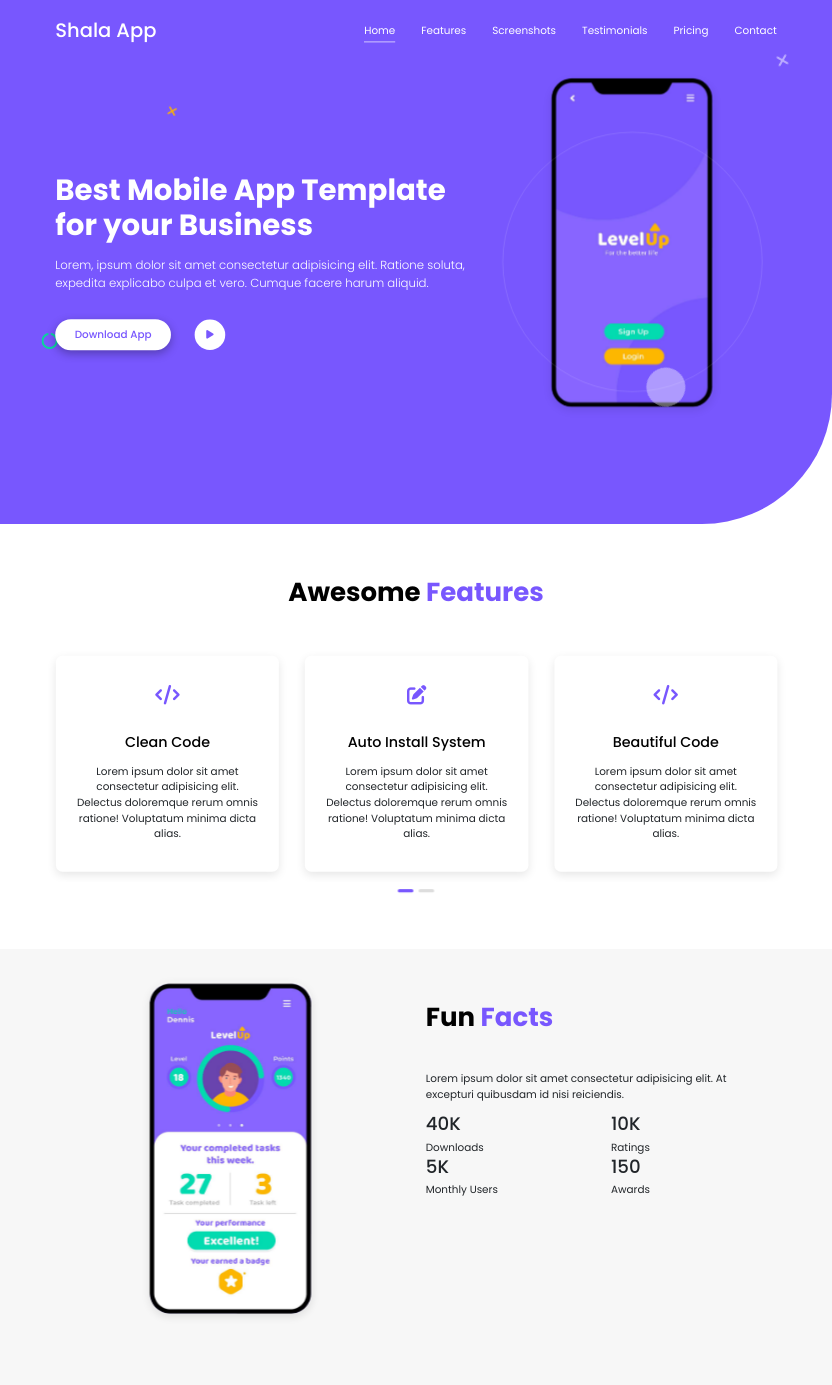
Repository: Mohamed-Hema/Shala-App
Page: index.html
The author's editor kept a copy of each file at every save. The page is drawn from the files as they stood at one save, then again after the next save.
The browser window is 1280 px wide. The pictures show the whole page, at 65% of full size.
Some web libraries are served in a nearby version.

Above is the page before, as saved 2021-02-19 16:58:24.

### index.html
<!DOCTYPE html>
<html lang="zxx">
<head>
  <title>Shala - App Landing Page</title>
  <meta charset="utf-8">
  <meta name="viewport" content="width=device-width, initial-scale=1">
  <!-- owl carousel css -->
  <link rel="stylesheet" href="css/owl.carousel.min.css">
  <!-- font awesome icons -->
  <script src="https://kit.fontawesome.com/794108ad0e.js" crossorigin="anonymous"></script>
  <!-- bootstrap css -->
  <link rel="stylesheet" href="css/bootstrap.min.css">
  <!-- main css -->
  <link rel="stylesheet" href="css/style.css">
</head>
<body>

  <!-- Start NavBar -->
  <nav class="navbar navbar-expand-md fixed-top">
    <div class="container">
      <!-- Brand -->
      <a class="navbar-brand" href="#">Shala App</a>

      <!-- Toggler/collapsibe Button -->
      <button class="navbar-toggler" type="button" data-toggle="collapse" data-target="#collapsibleNavbar">
        <span class="navbar-toggler-icon"></span>
      </button>

      <!-- Navbar links -->
      <div class="collapse navbar-collapse" id="collapsibleNavbar">
        <ul class="navbar-nav ml-auto">
          <li class="nav-item">
            <a class="nav-link active" href="#">Home</a>
          </li>
          <li class="nav-item">
            <a class="nav-link" href="#">Features</a>
          </li>
          <li class="nav-item">
            <a class="nav-link" href="#">Screenshots</a>
          </li>
          <li class="nav-item">
            <a class="nav-link" href="#">Testimonials</a>
          </li>
          <li class="nav-item">
            <a class="nav-link" href="#">Pricing</a>
          </li>
          <li class="nav-item">
            <a class="nav-link" href="#">Contact</a>
          </li>
        </ul>
      </div>
    </div>
  </nav>

  <!-- End NavBar -->
  <!-- Start Home Section -->
  <section class="home d-flex align-items-center">
    <div class="effect-wrap">
      <i class="fas fa-plus effect effect-1"></i>
      <i class="fas fa-plus effect effect-2"></i>
      <i class="fas fa-circle-notch effect effect-3"></i>
    </div>
    <div class="container">
      <div class="row align-items-center">
        <div class="col-md-7">
          <div class="home-text">
            <h1>Best Mobile App Template for your Business</h1>
            <p>Lorem, ipsum dolor sit amet consectetur adipisicing elit. Ratione soluta, expedita explicabo culpa et vero. Cumque facere harum aliquid.</p>
            <div class="home-btn">
              <a href="#" class="btn btn-1">Download App</a>
              <button type="button" class="btn btn-1 video-play-btn">
                <i class="fas fa-play"></i>
              </button>
            </div>
          </div>
        </div>
        <div class="col-md-5 text-center">
          <div class="home-img">
            <div class="circle"></div>
            <img src="img/app-screenshots/1.png" alt="First App Screen">
          </div>
        </div>
      </div>
    </div>
  </section>
  <!-- End Home Section -->
  <!-- Start Video PopUp -->
  <div class="video-popup">
    <div class="video-popup-inner">
      <i class="fas fa-times video-popup-close"></i>
      <div class="iframe-box">
        <iframe id="player-1" src="https://www.youtube.com/embed/o1eY1MPcRQs" allow="accelerometer; autoplay; clipboard-write; encrypted-media; gyroscope; picture-in-picture" allowfullscreen></iframe>
      </div>
    </div>
  </div>
  <!-- End Video PopUP -->
  <!-- Start Features Section -->
  <section class="features section-padding">
    <div class="container">
      <div class="row justify-content-center">
        <div class="col-lg-8">
          <div class="section-title">
            <h2>Awesome <span>Features</span></h2>
          </div>
        </div>
      </div>
      <div class="row">
        <div class="owl-carousel features-carousel">
          <div class="feature-item">
            <div class="icon"><i class="fas fa-code"></i></div>
            <h3>Clean Code</h3>
            <p>Lorem ipsum dolor sit amet consectetur adipisicing elit. Delectus doloremque rerum omnis ratione! Voluptatum minima dicta alias.</p>
          </div>
          <div class="feature-item">
            <div class="icon"><i class="fas fa-edit"></i></div>
            <h3>Auto Install System</h3>
            <p>Lorem ipsum dolor sit amet consectetur adipisicing elit. Delectus doloremque rerum omnis ratione! Voluptatum minima dicta alias.</p>
          </div>
          <div class="feature-item">
            <div class="icon"><i class="fas fa-code"></i></div>
            <h3>Beautiful Code</h3>
            <p>Lorem ipsum dolor sit amet consectetur adipisicing elit. Delectus doloremque rerum omnis ratione! Voluptatum minima dicta alias.</p>
          </div>
          <div class="feature-item">
            <div class="icon"><i class="fas fa-check"></i></div>
            <h3>Fast Load App</h3>
            <p>Lorem ipsum dolor sit amet consectetur adipisicing elit. Delectus doloremque rerum omnis ratione! Voluptatum minima dicta alias.</p>
          </div>
          <div class="feature-item">
            <div class="icon"><i class="fas fa-desktop"></i></div>
            <h3>Responsive Design</h3>
            <p>Lorem ipsum dolor sit amet consectetur adipisicing elit. Delectus doloremque rerum omnis ratione! Voluptatum minima dicta alias.</p>
          </div>

        </div>
      </div>
    </div>
  </section>

  <!-- End Features Section -->
  <!-- Start Fun Facts Section -->
  <section class="fun-facts section-padding">
    <div class="container">
      <div class="row">
        <div class="col-lg-6 col-md-5 d-flex align-items-center justify-content-center">
          <div class="fun-facts-img">
            <img src="img/app-screenshots/2.png" alt="Fun Facts">
          </div>
        </div>
        <div class="col-lg-6 col-md-7">
          <div class="section-title">
            <h2>Fun <span>Facts</span></h2>
          </div>
          <div class="fun-facts-text">
            <p>Lorem ipsum dolor sit amet consectetur adipisicing elit. At excepturi quibusdam id nisi reiciendis.</p>
            <div class="row">
              <div class="col-sm-6">
                <div class="fun-fact-item style-1">
                  <h3>40K</h3>
                  <span>Downloads</span>
                </div>
              </div>
              <div class="col-sm-6">
                <div class="fun-fact-item style-1">
                  <h3>10K</h3>
                  <span>Ratings</span>
                </div>
              </div>
              <div class="col-sm-6">
                <div class="fun-fact-item style-1">
                  <h3>5K</h3>
                  <span>Monthly Users</span>
                </div>
              </div>
              <div class="col-sm-6">
                <div class="fun-fact-item style-1">
                  <h3>150</h3>
                  <span>Awards</span>
                </div>
              </div>
            </div>
            </div>
          </div>
        </div>
      </div>
    </div>
  </section>

  <!-- End Fun Facts Section -->

<!-- jquery js -->
<script src="js/jquery.min.js"></script>
<!-- popper js -->
<script src="js/popper.min.js"></script>
<!-- bootstrap js -->
<script src="js/bootstrap.min.js"></script>
<!-- owl carousel js -->
<script src="js/owl.carousel.min.js"></script>
<!-- ScrollIt js -->
<script src="js/scrollIt.min.js"></script>
<!-- main js -->
<script src="js/main.js"></script>
</body>
</html>

### css/style.css
/* Start Global Styles */
@import url('https://fonts.googleapis.com/css2?family=Poppins:wght@300;400;500;600;700;800;900&display=swap');

*{
    margin: 0;
    padding: 0;
    outline: none!important;
}

:root{
    --main-color: #7857fe;
    --color-1: #e91e63;
    --color-2: #f5ae10;
    --color-3: #09d69c;
    --bg-dark: #2b2c2f;
    --main-to-dark-color: var(--main-color);
    --dark-to-main-color: var(--bg-dark);
    --shadow-black-100: 0 5px 15px rgba(0,0,0,.1);
    --shadow-black-300: 0 5px 15px rgba(0,0,0,.3);
    --black-900: #000;
    --black-400: #555555;
    --black-100: #f7f7f7;
    --black-000: #fff;
    --black-alpha-100: rgba(0,0,0,0.05);
}

body{
    font-family: 'Poppins', sans-serif;
    font-size: 16px;
    font-weight: 400;
    overflow-x: hidden;
    background-color: #fff;
    line-height: 1.5;
}
img{
    max-width: 100%;
    vertical-align: middle;
}
ul{
    list-style: none;
}
.btn-1{
    background-color: #fff;
    padding: 12px 30px;
    border: none;
    border-radius: 30px;
    color: var(--main-color);
    font-size: 16px;
    transition: all .5s ease;
    box-shadow: var(--shadow-black-300);
    font-weight: 500;
}
.btn-1:focus{
    box-shadow: var(--shadow-black-300);
}
.btn-1:hover{
    color: #fff;
    background-color: var(--main-color);
}
@keyframes spin_01{
    0%{
        transform: rotate(0deg);
    }
    100%{
        transform: rotate(360deg);
    }
}
@keyframes bounceTop_01{
    0%, 100%{
        transform: translateY(-30px);
    }
    50%{
        transform: translateY(0px);
    }
}
@keyframes pulse_01{
    0%{
        transform: scale(0.94);
        box-shadow: 0 0 0 0 rgba(255,255,255,0.7);
    }
    70%{
        transform: scale(1);
        box-shadow: 0 0 0 12px rgba(255,255,255,0);
    }
    100%{
        transform: scale(0.94);
        box-shadow: 0 0 0 0 rgba(255, 255, 255, 0);
    }
}
.effect-wrap .effect{
    position: absolute;
    z-index: -1;
}
.effect-wrap .effect-1{
    left: 20%;
    top: 20%;
    font-size: 20px;
    color: var(--color-2);
    animation: spin_01 5s linear infinite;
}
.effect-wrap .effect-2{
    right: 5%;
    top: 10%;
    font-size: 25px;
    color: rgba(255, 255, 255, .5);
    animation: spin_01 7s linear infinite;
}
.effect-wrap .effect-3{
    left: 5%;
    bottom: 30%;
    font-size: 25px;
    color: var(--color-3);
    animation: bounceTop_01 3s linear infinite;
}
.section-padding{
    padding: 80px 0;
}
.section-title h2{
    font-size: 40px;
    color: var(--black-900);
    font-weight: 700;
    text-align: center;
    margin: 0;
}
.section-title{
    margin-bottom: 60px;
}
.section-title h2 span{
    color: var(--main-color);
}
.owl-carousel .owl-dots{
    color: var(--main-color);
}
.owl-carousel .owl-dots{
    text-align: center;
}
.owl-carousel .owl-dots .active{
    background-color: var(--main-color);
}
.owl-carousel button.owl-dot{
    height: 5px;
    width: 24px;
    background-color: #ddd;
    display: inline-block;
    margin: 0 4px;
    border-radius: 5px;
}
/* End Global Styles */
/* Start Navbar */
.navbar{
    background-color: transparent;
    padding: 20px 0;
    transition: all .5s ease;
}
.navbar.navbar-shrink{
    box-shadow: 0 10px 10px rgba(0, 0, 0, .1);
    background-color: var(--main-color);
    padding: 10px 0;
}
.navbar > .container{
    padding: 0 15px;
}
.navbar .navbar-brand{
    font-size: 30px;
    color: #fff;
    font-weight: 500;
}
.navbar .nav-item{
    margin-left: 40px;
}
.navbar .nav-item .nav-link{
    color: #fff;
    font-size: 16px;
    font-weight: 400;
    padding: 5px 0;
    position: relative;
}
.navbar .nav-item .nav-link::before{
    content: '';
    position: absolute;
    left: 0;
    right: 0;
    bottom: 0;
    height: 1px;
    background-color: #fff;
    transition: all .5s ease;
    transform: scale(0);
}
.navbar .nav-item .nav-link.active::before,
.navbar .nav-item .nav-link:hover::before{
    transform: scale(1);
}
.navbar .nav-item .nav-link:hover.active::before{
    transform: scale(0);
}
/* End Navbar */
/* Start Home Section */
.home{
    min-height: 100vh;
    padding: 150px 0;
    background-color: var(--main-to-dark-color);
    border-radius: 0 0 200px 0;
    position: relative;
    z-index: 1;
}
.home-text h1{
    font-size: 45px;
    font-weight: 700;
    color: #fff;
    margin: 0 0 20px;
}
.home-text p{
    font-size: 18px;
    line-height: 28px;
    color: #fff;
    margin: 0;
    font-weight: 300;
}
.home .home-btn{
    margin-top: 40px;
}
.home .home-btn .video-play-btn:hover{
    animation: none;
    box-shadow: var(--shadow-black-300);
}
.home .home-btn .video-play-btn{
    margin-left: 30px;
    height: 50px;
    width: 50px;
    padding: 0;
    font-size: 16px;
    animation: pulse_01 2s ease infinite;
}
.home .home-btn .video-play-btn i{
    line-height: 50px;
}
.home-img img{
    max-width: 250px;
    width: 100%;
    box-shadow: var(--shadow-black-100);
    border-radius: 32px;
    animation: bounceTop_01 3s ease infinite;
}

.home-img{
    position: relative;
}
.home-img .circle{
    position: absolute;
    z-index: 1;
    height: 400px;
    width: 400px;
    border: 1px solid rgba(255, 255, 255, .2);
    border-radius: 50%;
    top: 50%;
    left: 50%;
    transform: translate(-50%, -50%);
}
.home-img .circle::before{
    content: '';
    position: absolute;
    height: 60px;
    width: 60px;
    background-color: rgba(255, 255, 255, .4);
    border-radius: 50%;
    left: 30px;
    top: 30px;
    transform-origin: 170px 170px;
    animation: spin_01 10s linear infinite;
}
/* Video PopUP */
.video-popup{
    padding: 30px;
    position: fixed;
    left: 0;
    top: 0;
    width: 100%;
    height: 100%;
    z-index: 1999;
    background-color: rgba(0,0,0,.7);
    display: flex;
    align-items: center;
    justify-content: center;
    opacity: 0;
    visibility: hidden;
    transition: all .5s ease;
}
.video-popup.open{
    opacity: 1;
    visibility: visible;
}
.video-popup-inner{
    width: 100%;
    max-width: 900px;
    position: relative;
}
.video-popup .video-popup-close{
    position: absolute;
    right: 0;
    top: -30px;
    height: 30px;
    width: 30px;
    font-size: 16px;
    text-align: center;
    line-height: 30px;
    cursor: pointer;
    color: #fff;

}
.video-popup .iframe-box{
    height: 0;
    overflow-x: hidden;
    padding-top: 56.25%;
}
.video-popup #player-1 {
    position: absolute;
    left: 0;
    top: 0;
    width: 100%;
    height: 100%;
    border: 0;
}
/* End Home Section */
/* Start Features Section */
.features .feature-item{
    box-shadow: var(--shadow-black-100);
    margin: 15px;
    padding: 30px;
    border-radius: 10px;
    text-align:center;
    position: relative;
    z-index: 1;
    overflow: hidden;
}
.features .feature-item::after,
.features .feature-item::before{
    content: '';
    position: absolute;
    z-index: -1;
    border-radius: 50%;
    transition: all .5s ease;
    opacity: 0;
}
.features .feature-item::before{
    height: 20px;
    width: 20px;
    background-color: var(--color-1);
    left: -20px;
    top: 40%;
}
.features .feature-item::after{
    height: 30px;
    width: 30px;
    background-color: var(--color-2);
    left: -30px;
    top: 80%;
}
.features .feature-item .icon{
    height: 60px;
    width: 60px;
    margin: 0 auto 30px;
    text-align: center;
    font-size: 30px;
    color: var(--main-color);
    position: relative;
    z-index: 1;
    transition: all .5s ease;
    cursor: pointer;
}
.features .feature-item .icon::before{
    content: '';
    position: absolute;
    left: 100%;
    top: 0;
    width: 100%;
    height: 100%;
    background-color: var(--main-color);
    transition: all .5s ease;
    z-index: -1;
    opacity: 0;
}
.features .feature-item:hover .icon{
    color: #fff;
    font-size: 20px;
}
.features .feature-item:hover .icon::before{
    left: 0;
    border-radius: 50%;
    opacity: 1;

}
.features .feature-item .icon i{
    line-height: 60px;
}
.features .feature-item h3{
    font-size: 22px;
    margin: 0 0 20px;
    color: var(--black-900);
    font-weight: 500;
}
.features .feature-item .icon p{
    font-size: 16px;
    line-height: 26px;
    font-weight: 300;
    color: var(--black-400);
    margin: 0 0 15px;
}
/* End Features Section */
/* Start Fun Facts Section */
.fun-facts{
    background-color: var(--black-100);
}
.fun-facts-img img{
    max-width: 250px;
    width: 100%;
    box-shadow: var(--shadow-black-100);
    border-radius: 32px;
    animation: bounceTop_01 3s ease infinite;
}


.fun-facts .section-title h2{
    text-align: left;

}
/* End Fun Facts Section */

### js/main.js
// import $ from "jQuery";
$(document).ready(function() {
    // NavBar Shrink
    $(window).on("scroll", function() {
        if($(this).scrollTop() > 90) {
            $(".navbar").addClass("navbar-shrink");
        } else {
            $(".navbar").removeClass("navbar-shrink");
        }
    });
    // Video popUP
    const vdeoSrc = $("#player-1").attr("src");
    $(".video-play-btn, .video-popup").on("click", function() {
        if($(".video-popup").hasClass("open")) {
            $(".video-popup").removeClass("open");
            $("#player-1").attr("src", "");
        } else {
            $(".video-popup").addClass("open");
            if($("#player-1").attr("src")==''){
                $("#player-1").attr("src", videoSrc);
            }
        }
    });
    // Features Carousel
    $('.features-carousel').owlCarousel({
        loop:true,
        margin:10,
        responsiveClass:true,
        responsive:{
            0:{
                items:1,
            },
            600:{
                items:2,
            },
            1000:{
                items:3,

            }
        }
    })
});

Loaded but not shown: css/owl.carousel.min.css (library); css/bootstrap.min.css (library); js/jquery.min.js (library); js/popper.min.js (library); js/bootstrap.min.js (library); js/owl.carousel.min.js (library); js/scrollIt.min.js (common file)

After the next save:
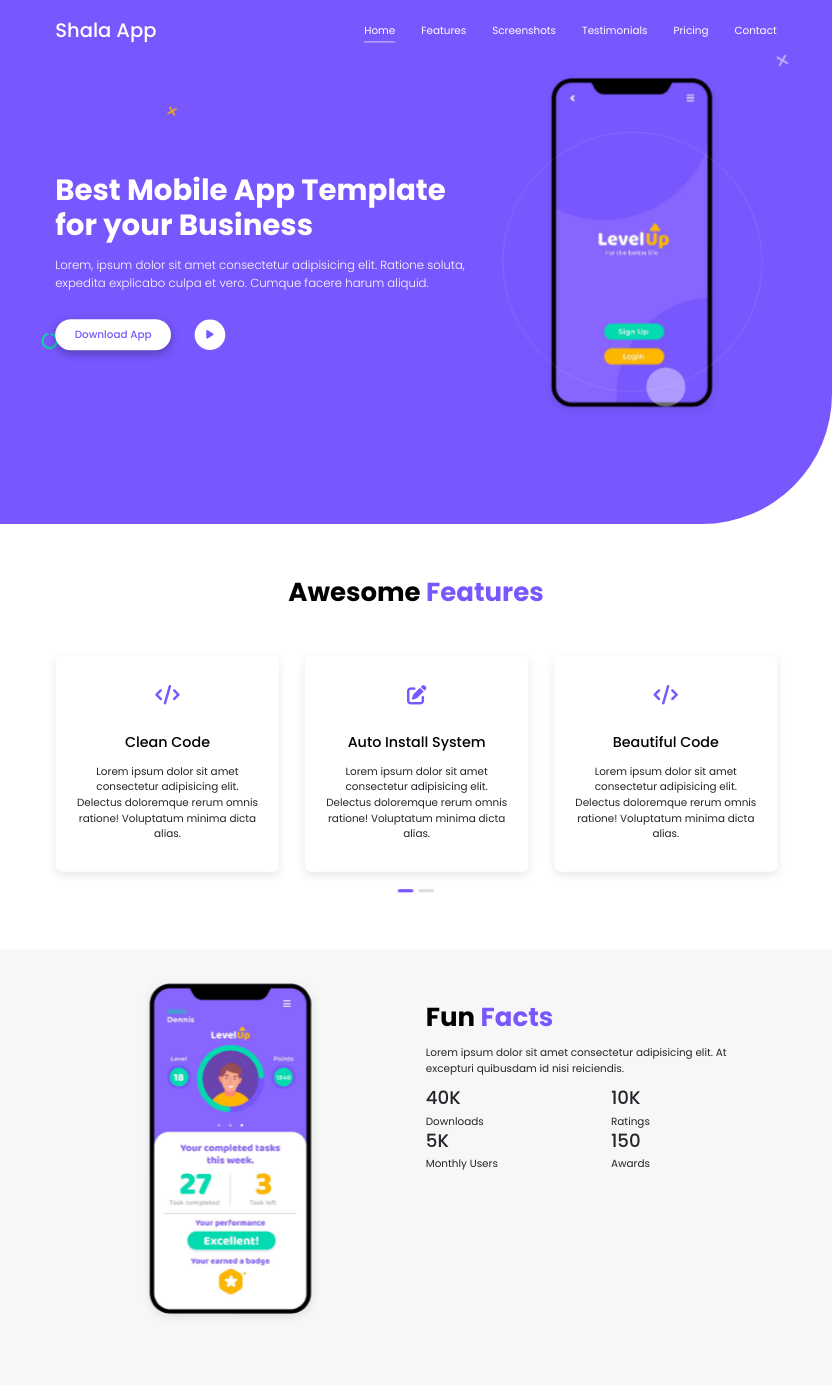
Saved 21 s later.
--- a/css/style.css
+++ b/css/style.css
@@ -417,7 +417,9 @@ ul{
     border-radius: 32px;
     animation: bounceTop_01 3s ease infinite;
 }
-
+.fun-facts .section-title{
+    margin-bottom: 20px;
+}
 
 .fun-facts .section-title h2{
     text-align: left;
